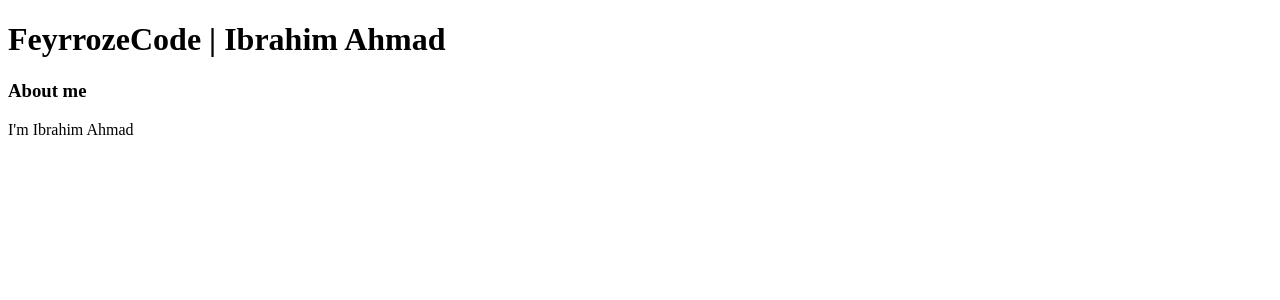
Repository: feyroozecode/feyroozecode.github.io
Page: index.html
An editor plug-in stored every save of this project. The page is shown before and after the next save, followed by the edit.
The browser window is 1280 px wide. The pictures show the whole page.

Above is the page before, as saved 2023-11-20 23:41:39.

After the next save:
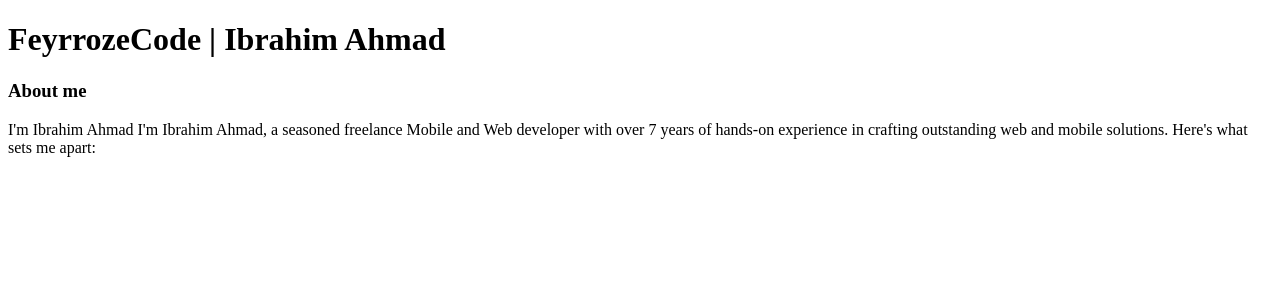
Saved 27 s later.
--- a/index.html
+++ b/index.html
@@ -24,6 +24,7 @@
     <h3>About me </h3>
     <p>
         I'm Ibrahim Ahmad
+        I'm Ibrahim Ahmad, a seasoned freelance Mobile and Web developer with over 7 years of hands-on experience in crafting outstanding web and mobile solutions. Here's what sets me apart:
     </p>
 </section>
 
